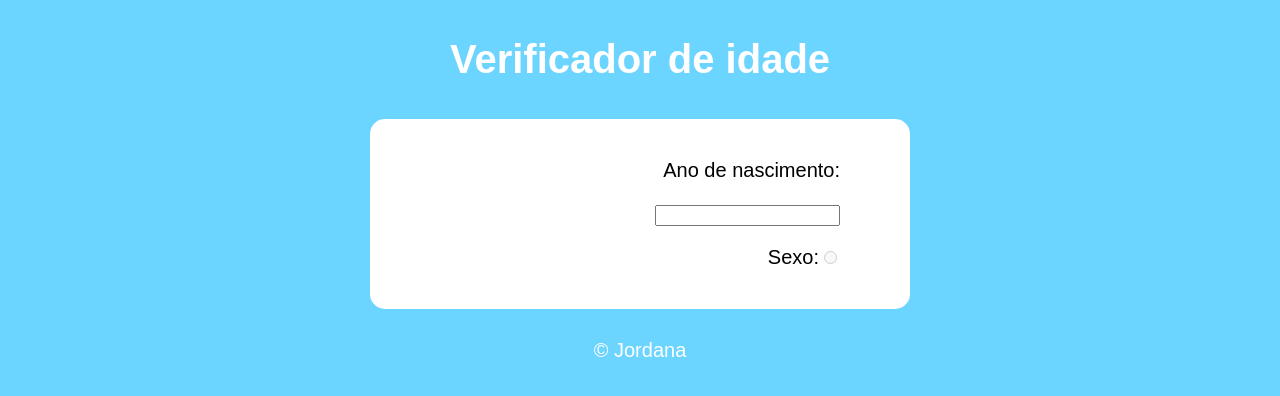
Repository: Iamjordana/Curso-JavaScript
Page: desafio/d02/index.html
An editor plug-in stored every save of this project. The page is shown before and after a run of saves, followed by the edit.
The browser window is 1280 px wide. The pictures show the whole page.

Above is the page before, as saved 2025-02-20 13:39:32.

After the next 2 saves:
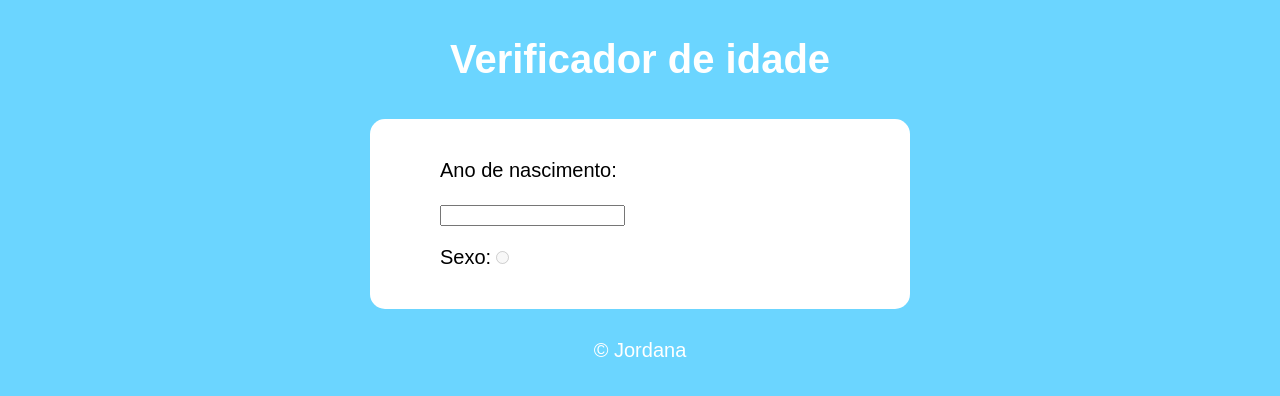
The 2 saves are shown as one change because they came seconds apart.
The last was saved 7 s later.
--- a/desafio/d02/style.css
+++ b/desafio/d02/style.css
@@ -16,7 +16,7 @@ header {
 div {
   margin: 0 auto;
   width: 80%;
-  text-align:right
+  text-align:left;
 }
 
 section {
